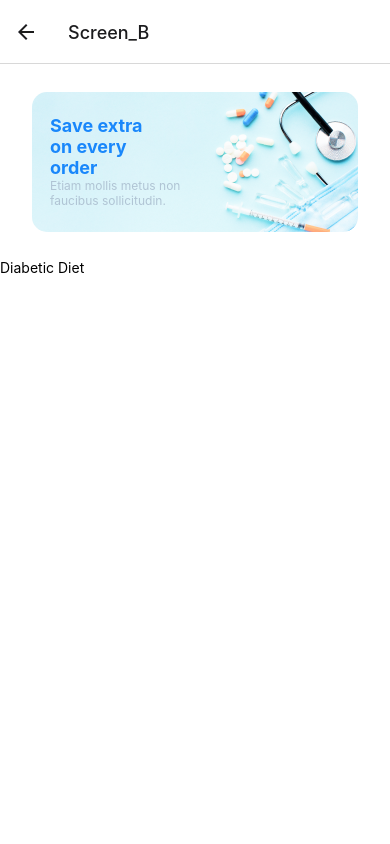
Repository: ntu34543/designReactNative
Screen: /Screen_B
These files come from the project's save history. The screen is drawn as it stood at one moment and after the next save; the edit follows.
The app was drawn by React Native's web renderer in a window 390 px wide. The project was rebuilt for these pictures with package versions that can differ from the ones it lists, and the page was loaded fresh each time.

Above is the screen before, as saved 2022-10-18 16:50:50.

### App.js
import { StatusBar } from "expo-status-bar";
import { StyleSheet, Text, View, Pressable, TabBarIOSItem } from "react-native";
import { NavigationContainer } from "@react-navigation/native";
import { createStackNavigator } from "@react-navigation/stack";
import ScreenA from "./page/Home";
import ScreenB from "./page/DiabetesCare";
import FontAwesome5 from "react-native-vector-icons/FontAwesome5";

const Stack = createStackNavigator();
const Tab = createStackNavigator();
export default function App() {
  return (
    <NavigationContainer>
      <Tab.Navigator
        // screenOptions={{ header: () => null }}
        screenOptions={({ route }) => ({
          tabBarIcon: ({ focused, size, color }) => {
            let iconName;
            if (route.name === "Screen_A") {
              iconName = "autoprefixer";
              size = focused ? 25 : 20;
              // color = focused ? "#f0f" : "#555";
            } else if (route.name === "Screen_B") {
              iconName = "btc";
              size = focused ? 25 : 20;
              // color = focused ? "#f0f" : "#555";
            }
            return <FontAwesome5 name={iconName} size={size} color={color} />;
          },
        })}
        tabBarOptions={{
          activeTintColor: "#f0f",
          inactiveTintColor: "#555",
          inactiveBackgroundColor: "#999",
          showLabel: true,
          labelStyle: { fontSize: 14 },
        }}
      >
        <Tab.Screen
          name="Screen_A"
          component={ScreenA}
          options={{ tabBarBadge: 3 }}
        />
        {/* options={{header: () => null}} */}
        <Tab.Screen name="Screen_B" component={ScreenB} />
      </Tab.Navigator>
    </NavigationContainer>
  );
}

### page/Home.js
import { StatusBar } from "expo-status-bar";
import { StyleSheet, Text, View, Pressable } from "react-native";

export default function ScreenA({ navigation }) {
  const onPressHandler = () => {
    navigation.navigate("Screen_B");
    // navigation.replace("Screen_B");
  };
  return (
    <View style={styles.body}>
      <Text style={styles.text}>Screen A</Text>
      <Pressable
        onPress={onPressHandler}
        style={({ pressed }) => ({
          backgroundColor: pressed ? "#ddd" : "#0f0",
        })}
      >
        <Text style={styles.text}>Go to the Screen B</Text>
      </Pressable>
    </View>
  );
}

const styles = StyleSheet.create({
  body: {
    flex: 1,
    justifyContent: "center",
    alignItems: "center",
  },
  text: {
    fontSize: 30,
    fontWeight: "bold",
  },
});

### page/DiabetesCare.js
import { StatusBar } from "expo-status-bar";
import { StyleSheet, Text, View, Pressable, Image } from "react-native";

export default function ScreenB({ navigation }) {
  const onPressHandler = () => {
    navigation.navigate("Screen_A");
    // navigation.goBack();
  };
  return (
    <View style={styles.body}>
      <View style={styles.banner}>
        <View style={styles.imgHeader}>
          <Image
            style={styles.image}
            source={require("../assets/img/banner.png")}
          />
        </View>
        <View style={styles.title}>
          <Text style={styles.title1}>Save extra on every order</Text>
          <Text style={styles.title2}>Etiam mollis metus non faucibus sollicitudin. </Text>
        </View>
      </View>
      <View style={styles.topPro}>
        <Text style={styles.title3}>Diabetic Diet</Text>
      </View>
    </View>
  );
}

const styles = StyleSheet.create({
  body: {
    flex: 1,
    backgroundColor: "white",
  },
  text: {
    fontSize: 30,
    fontWeight: "bold",
  },
  banner: {
    justifyContent: "center",
    alignItems: "center",
    // marginTop: 100,
    flex: 1,
  },
  imgHeader: {
    position: "absolute",
  },
  title: {
    position: "absolute",
    paddingRight: 120,
  },
  title1: {
    color: "#1987FB",
    fontSize: 18,
    width: 110,
    fontWeight: "bold",
  },
  title2: {
    fontSize: 12,
    width: 170,
    fontWeight: "light",
    color: "#b0c4d4",
  },
  image: {
    borderRadius: 15,
  },
  topPro: {
    flex: 3,
  },
  title3: {
    position: "relative",
  }
});

After the next save:
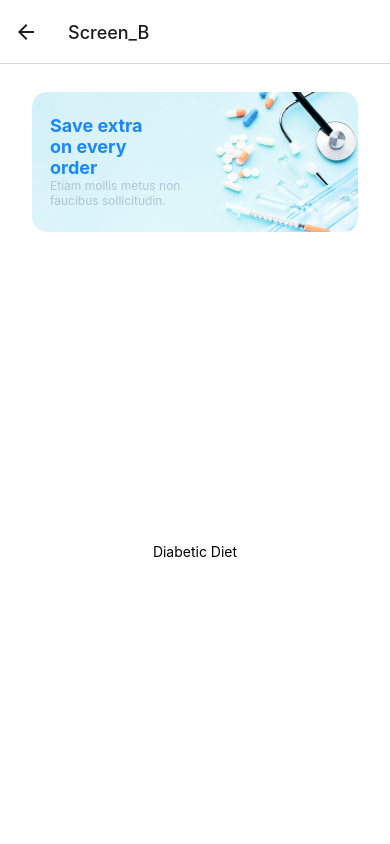
Saved 29 s later.
--- a/page/DiabetesCare.js
+++ b/page/DiabetesCare.js
@@ -66,6 +66,8 @@ const styles = StyleSheet.create({
   },
   topPro: {
     flex: 3,
+    justifyContent: "center",
+    alignItems: "center",
   },
   title3: {
     position: "relative",
